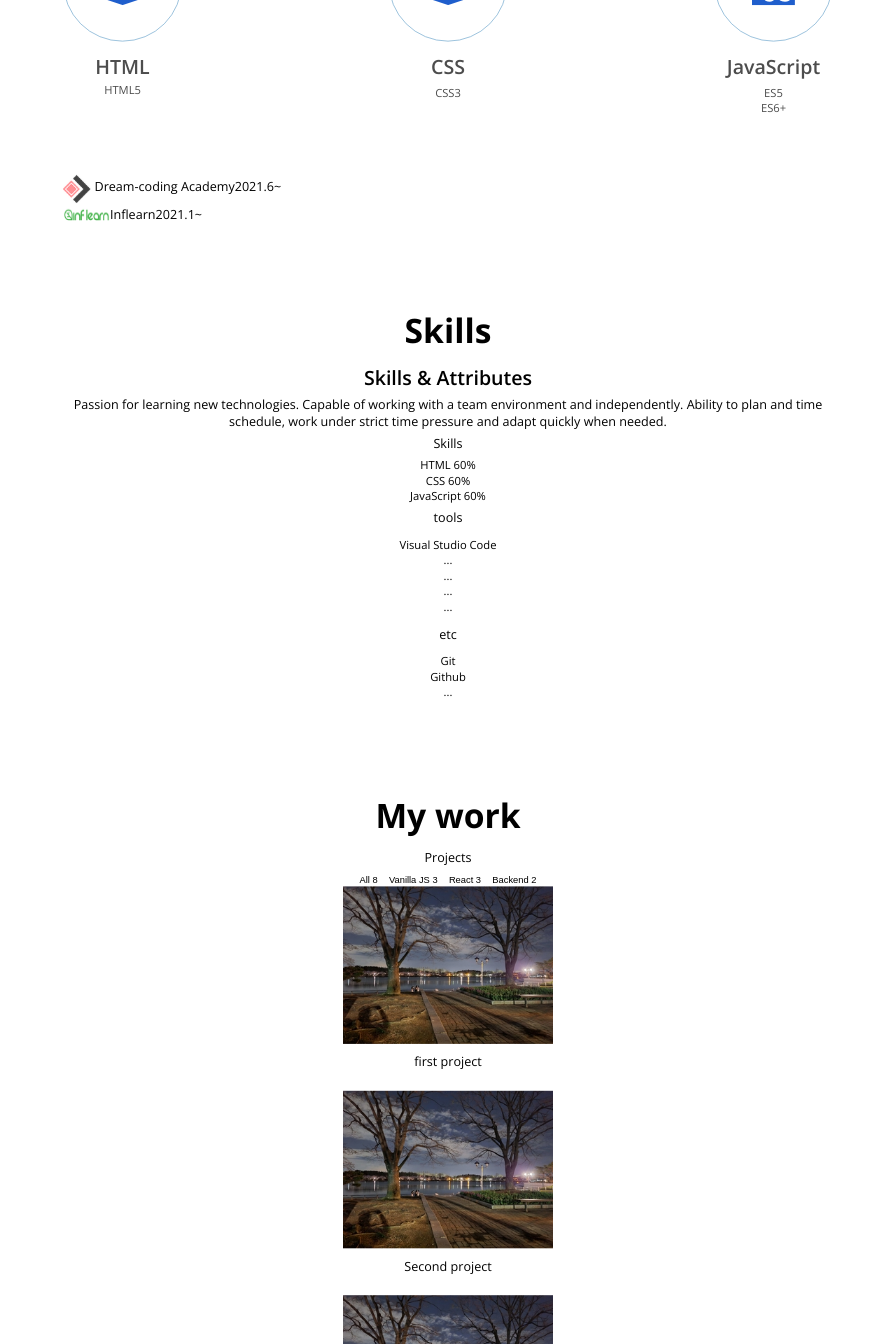
Repository: delphkim/portfolio
Page: index.html
The author's editor kept a copy of each file at every save. The page is drawn from the files as they stood at one save, then again after the next save.
The browser window is 1280 px wide. The pictures show the part of the page from y = 1146 to 3066 px (the page is 5992 px tall before and 6011 px after), at 70% of full size.
Some web libraries are served in a nearby version.

Above is the page before, as saved 2021-08-03 20:59:12.

### index.html
<!DOCTYPE html>
<html lang="en">
  <head>
    <meta charset="UTF-8" />
    <meta http-equiv="X-UA-Compatible" content="IE=edge" />
    <meta name="viewport" content="width=device-width, initial-scale=1.0" />
    <title>DevelPhaba's Portfolio</title>
    <meta name="description" content="Portfolio for world-reknowned software engineer develPhaba"/>
    <meta name="author" content="develPhaba" />
    <link rel="icon" type="img/png" href="./imgs/favicon.png">
    <script src="https://kit.fontawesome.com/d2b892ca94.js" crossorigin="anonymous"></script>
    <link rel="preconnect" href="https://fonts.googleapis.com" />
    <link rel="preconnect" href="https://fonts.gstatic.com" crossorigin />
    <link href="https://fonts.googleapis.com/css2?family=Open+Sans:wght@400;600;700&display=swap" rel="stylesheet"/>
    <!-- CSS rules to specify families -->
    <!-- 1. font-family: 'Open Sans', sans-serif;  -->
    <link rel="stylesheet" href="./style.css">
    <script src="./main.js" defer></script>
  </head>
  <body>
    <!-- Navbar -->
    <nav id="navbar">
      <div class="navbar__logo">
        <img class="navbar__icon" src="./imgs/favicon.png" alt="logo">
        <a href="#">develPhaba</a>
      </div>

        <ul class="navbar__menu">
          <li class="navbar__menu__item active">Home</li>
          <li class="navbar__menu__item">About</li>
          <li class="navbar__menu__item">Skills</li>
          <li class="navbar__menu__item">My work</li>
          <li class="navbar__menu__item">Testimonials</li>
          <li class="navbar__menu__item">Contact</li>
        </ul>

    </nav>
    <!-- Home -->
    <section id="home">
      <img src="./imgs/home.jpg"
           alt="develPhabas' profile photo"
           class="home__avatar">
           <h1 class="home__title">Hello, <br>I'm develPhaba</br></h1>
           <h2 class="home__description">Front-end engineer, who wants to be a Full-stack engineer </h2>
           <button class="home__contact">Contact me</button>
    </section>
    <!-- About -->
    <section id="about" class="section">
      <h1>About me</h1>
      <p>I've studied front-end skills.
        <br>After working as a front-end endgineer for several years,
        <br>I want to broaden my skill stack.
      </p>
      <div class="about__majors">
        <div class="major">
          <div class="major__icon">
            <i class="fab fa-html5"></i>
          </div>
          <h2 class="major__title">HTML</>
          <p class="major__description">HTML5</p>
        </div>
        <div class="major">
            <div class="major__icon">
              <i class="fab fa-css3-alt"></i>
            </div>
            <h2 class="major__title">CSS</h2>
            <p class="major__description">CSS3</p>
        </div>
        <div class="major">
          <div class="major__icon">
            <i class="fab fa-js"></i>
          </div>
          <h2 class="major__title">JavaScript</h2>
          <p class="major__description">ES5<br>ES6+</p>
        </div>
      </div>
      <div class="about__schools">
        <div class="school">
          <img src="./imgs/schools/dream-coding.png" alt="dream-coding" class="school__logo">

          <p class="school__title">Dream-coding Academy</p>
          <p class="school__years">2021.6~</p>
        </div>
        <div class="school">
          <img src="./imgs/schools/inflearn.png" alt="inflearn" class="school__logo">
          <p class="school__title">Inflearn</p>
          <p class="school__years">2021.1~</p>
        </div>
      </div>

    </section>
    <!-- Skills -->
    <section id="skills" class="section">
      <h1>Skills</h1>
      <h2>Skills & Attributes</h2>
      <p>
        Passion for learning new technologies. Capable of working with a team environment
        and independently. Ability to plan and time schedule, work under
        strict time pressure and adapt quickly when needed.
      </p>
      <div class="skillset">
        <div class="skillset__left">
          <h3 class="skillset__title">Skills</h3>
          <div class="skill">
            <div class="skill__description">
              <span>HTML</span>
              <span>60%</span>
            </div>
            <div class="skill__bar">
              <div class="skill__value"></div>
            </div>
          </div>
          <div class="skill">
            <div class="skill__description">
              <span>CSS</span>
              <span>60%</span>
            </div>
            <div class="skill__bar">
              <div class="skill__value"></div>
            </div>
          </div>
          <div class="skill">
            <div class="skill__description">
              <span>JavaScript</span>
              <span>60%</span>
            </div>
            <div class="skill__bar">
              <div class="skill__value"></div>
            </div>
          </div>
        </div>
        <div class="skillset__right">
          <div class="tools">
            <h3 class="skillset__title">tools</h3>
            <ul class="tools__list">
              <li><span>Visual Studio Code</span></li>
              <li><span>...</span></li>
              <li><span>...</span></li>
              <li><span>...</span></li>
              <li><span>...</span></li>
            </ul>
          </div>
          <div class="etc">
            <h3 class="skillset__title">etc</h3>
            <ul class="ect__list">
              <li><span>Git</span></li>
              <li><span>Github</span></li>
              <li><span>...</span></li>
            </ul>
          </div>


        </div>
      </div>
    </section>
    <!-- Work -->
    <section id="work" class="section">
      <h1>My work</h1>
      <h3>Projects</h3>
      <div class="work__categories">
        <button class="category__btn">All <span class="category__count">8</span></button>
        <button class="category__btn">Vanilla JS <span class="category__count">3</span></button>
        <button class="category__btn">React <span class="category__count">3</span></button>
        <button class="category__btn">Backend <span class="category__count">2</span></button>
      </div>
      <div class="work__projects">
        <a href="https://github.com/develPhaba/test"
           class="project"
           targe="blank">
           <img class="project__img" src="./imgs/projects/1.jpg" alt="one">
           <div class="project__description">
             <h3>first project</h3>
             <span>Clone coding with HTML and CSS</span>
           </div>
        </a>
        <a href="https://github.com/develPhaba/test"
           class="project"
           target="blank">
           <img class="project__img" src="./imgs/projects/2.jpg" alt="two">
           <div class="project__description">
            <h3>Second project</h3>
            <span>Clone coding with HTML, CSS and JavaScript</span>
          </div>
        </a>
        <a href="https://github.com/develPhaba/test"
           class="project"
           target="blank">
           <img class="project__img" src="./imgs/projects/3.jpg" alt="three">
           <div class="project__description">
            <h3>third project</h3>
            <span>Clone coding with HTML,CSS and JavaScript</span>
           </div>
        </a>
        <a href="https://github.com/develPhaba/test"
           class="project"
           target="blank">
          <img class="project__img" src="./imgs/projects/4.jpg" alt="four">
          <div class="project__description">
            <h3>fourth project</h3>
            <span>Clone coding,Front-end with React</span>
          </div>
        </a>
        <a href="https://github.com/develPhaba/test"
           class="project"
           target="blank">
          <img class="project__img" src="./imgs/projects/5.jpg" alt="five">
          <div class="project__description">
            <h3>fifth project</h3>
            <span>Clone coding,Front-end with React</span>
          </div>
        </a>
        <a href="https://github.com/develPhaba/test"
           class="project"
           target="blank">
          <img class="project__img" src="./imgs/projects/6.jpg" alt="six">
          <div class="project__description">
            <h3>sixth project</h3>
            <span>Clone coding,Front-end with React</span>
          </div>
        </a>
        <a href="https://github.com/develPhaba/test"
           class="project"
           target="blank">
           <img class="project__img" src="./imgs/projects/7.jpg" alt="seven">
           <div class="project__description">
            <h3>seventh project</h3>
            <span>Clone coding, Back-end with Node.js</span>
           </div>
        </a>
        <a href="https://github.com/develPhaba/test"
           class="project"
           target="blank">
           <img class="project__img" src="./imgs/projects/8.jpg" alt="eight">
           <div class="project__description">
            <h3>eighth project</h3>
            <span>Clone coding, Back-end with Node.js</span>
           </div>
        </a>
      </div>
    </section>
    <!-- Testimonials -->
    <section id="testimonials" class="section">
      <h1>Testimonials</h1>
      <h3>See what they say about me</h3>
      <div class="testimonials">
        <div class="testimonial">
          <img src="./imgs/testimonial/people1.jpg"
               alt="people"
               class="testimonial__avatar">
               <div class="testimonial__speech-bubble">
                 <p>Lorem ipsum dolor sit amet consectetur adipisicing elit. Magnam, vitae.
                   Dolores sit in amet quos. Alias maiores accusantium dolore error illo eligendi,
                   vel sint aperiam nemo soluta debitis deserunt voluptas.</p>
                   <p class="name"><a href="https://github.com/develPhaba/test">TestName</a>/Test company</p>
               </div>
        </div>
        <div class="testimonial">
          <img src="./imgs/testimonial/people2.jpg"
               alt="people"
               class="testimonial__avatar">
               <div class="testimonial__speech-bubble">
                <p>Lorem ipsum dolor sit amet consectetur adipisicing elit. Magnam, vitae.
                  Dolores sit in amet quos. Alias maiores accusantium dolore error illo eligendi,
                  vel sint aperiam nemo soluta debitis deserunt voluptas.</p>
                <p class="name"><a href="https://github.com/develPhaba/test">TestName2</a>/Test company2</p>
              </div>
        </div>
      </div>
    </section>
    <!-- Contact -->
    <section id="contact" class="section">
      <h1 class="contact__title">Let's talk</h1>
      <h2 class="contact__email">hgkim9201@gmail.com</h2>
      <div class="contact__links">
      <a href="https://github.com/develPhaba">
        <i class="fa fa-github"></i>
      </a>
      <a href="">
      <i class="fa fa-linkedin-square"></i>
      </a>
      </div>
      <p class="contact__rights">Dreaming-coding Ellie -All rights reserved</p>
    </section>
  </body>
</html>

### style.css
:root {
  /* Color */
  --color-white: #ffffff;
  --color-light-white: #eeeeee;
  --color-dark-white: #bdbdbd;
  --color-pink: #fe918d;
  --color-dark-pink: #ff6863;
  --color-black: #4d4d4d;
  --color-dark-grey: #4d4d4d;
  --color-grey: #616161;
  --color-blue: #73aace;
  --color-yellow: #fff7d1;
  --color-orange: #feb546;
  --color-black: #000000;
  --color-green: #80deea;
  --color-sky-blue: #2979ff;
  --color-dark-blue: rgb(31, 94, 204);
  /* Font size */
  --font-large: 48px;
  --font-medium: 28px;
  --font-regular: 18px;
  --font-small: 16px;
  --font-micro: 14px;
  /* Font weight */
  --weight-bold: 700;
  --weight-semi-bold: 600;
  --weight-regular: 400;
  /* Size */
  --size-border-radius: 4px;
  /*Animation*/
  --animation-duration: 300ms;
}
/* Universal tags */
* {
  box-sizing: border-box;
}
body {
  font-family: "Open Sans", sans-serif;
  margin: 0;
  cursor: default;
}
a {
  text-decoration: none;
  color: var(--color-white);
}
ul {
  list-style: none;
  padding-left: 0;
}
h1 {
  font-size: var(--font-large);
  font-weight: var(--weight-bold);
  color: var(--color-black);
  margin: 16px 0;
}
h2 {
  font-size: var(--font-medium);
  font-weight: var(--weight-semi-bold);
  color: var(--color-black);
  margin: 8px 0;
}
h3 {
  font-size: var(--font-regular);
  font-weight: var(--weight-regular);
  color: var(--color-black);
  margin: 8px 0;
}
p {
  font-size: var(--font-regular);
  font-weight: var(--weight-regular);
  color: var(--color-black);
  margin: 4px 0;
}
button {
  background-color: transparent;
  cursor: pointer;
  border: none;
  outline: none;
}
/* Navbar */
#navbar {
  display: flex;
  justify-content: space-between;
  background-color: var(--color-sky-blue);
  align-items: center;
  color: var(--color-white);
  padding: 16px;
}
.navbar__logo {
  font-size: var(--font-medium);
  font-weight: var(--weight-semi-bold);
}
.navbar__icon {
  width: var(--font-medium);
  height: var(--font-medium);
}
.navbar__menu {
  display: flex;
}
.navbar__menu__item {
  padding: 8px 12px;
  margin: 0 4px;
  cursor: pointer;
  border-radius: var(--size-border-radius);
}
.navbar__menu__item:hover {
  background-color: var(--color-dark-blue);
}
.navbar__menu__item.active {
  border: 1px solid var(--color-white);
}
/*Home*/
#home {
  background: url(./imgs/homepage-background.png) center/cover no-repeat;
  padding: 40px;
  text-align: center;
}
.home__avatar {
  width: 250px;
  height: 250px;
  border-radius: 50%;
  border: 2px solid var(--color-light-white);
}
.home__title,
.home__description {
  color: var(--color-white);
}
.home__contact {
  color: var(--color-white);
  font-size: var(--font-regular);
  font-weight: var(--weight-bold);
  margin: 24px;
  padding: 8px 12px;
  border: 2px solid var(--color-white);
  border-radius: var(--size-border-radius);
}
/* Section common */
.section {
  text-align: center;
  padding: 50px;
  max-width: 1200px;
  margin: auto;
}
/* About me */
.about__majors {
  display: flex;
  justify-content: space-between;
  margin: 80px 0;
}
.major__icon {
  color: var(--color-dark-blue);
  font-size: 70px;
  width: 170px;
  height: 170px;
  line-height: 170px;
  margin: auto;
  border: 1px solid var(--color-blue);
  border-radius: 50%;
  margin-bottom: 16px;
}
.major__title,
.major__description {
  color: var(--color-dark-grey);
}
.major__description {
  font-size: var(--font-small);
}
.major__icon i {
  transition: all var(--animation-duration) ease;
}
.major__icon:hover i {
  transform: rotate(30deg) scale(1.1);
  color: var(--color-dark-pink);
}
.school {
  display: flex;
}

Loaded but not shown: main.js (no stored copy; drawn as an empty file)

After the next save:
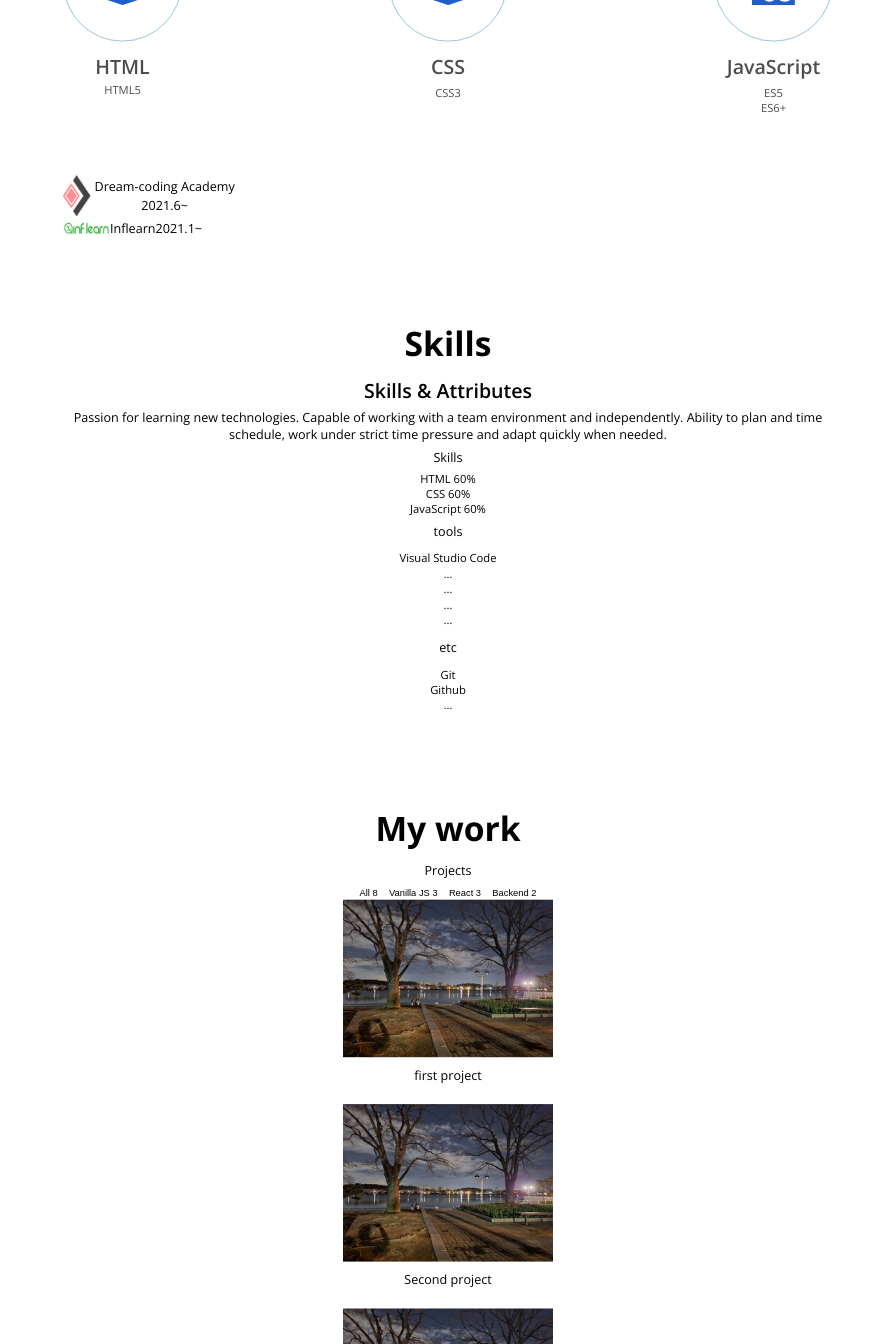
Saved 39 s later.
--- a/index.html
+++ b/index.html
@@ -77,9 +77,12 @@
       <div class="about__schools">
         <div class="school">
           <img src="./imgs/schools/dream-coding.png" alt="dream-coding" class="school__logo">
-
-          <p class="school__title">Dream-coding Academy</p>
-          <p class="school__years">2021.6~</p>
+          <div class="school__description">
+             <p class="school__title">Dream-coding Academy</p>
+ <p class="school__years">2021.6~</p>
+          </div>
+
+
         </div>
         <div class="school">
           <img src="./imgs/schools/inflearn.png" alt="inflearn" class="school__logo">
